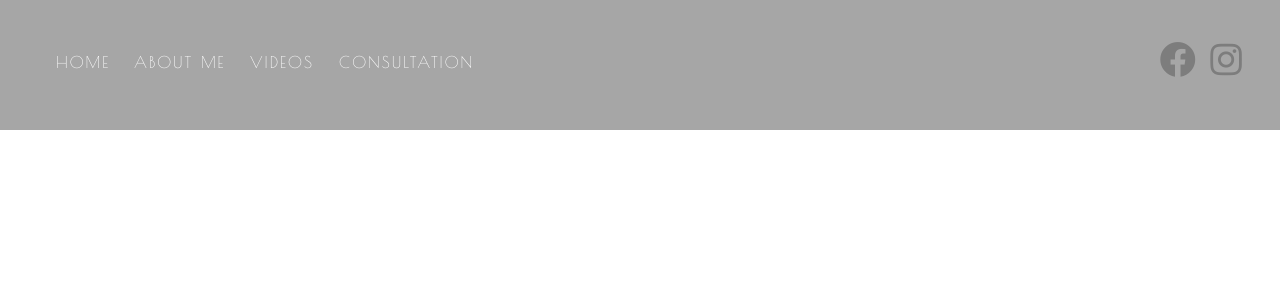
Repository: Aleksandre19/cv-ucmp
Page: index.html
The author's editor kept a record of every edit. The page is drawn from the files as they stood at one moment, then again after the next edit.
The browser window is 1280 px wide. The pictures show the whole page.
Some web libraries are served in a nearby version.

Above is the page before.

After the next edit:
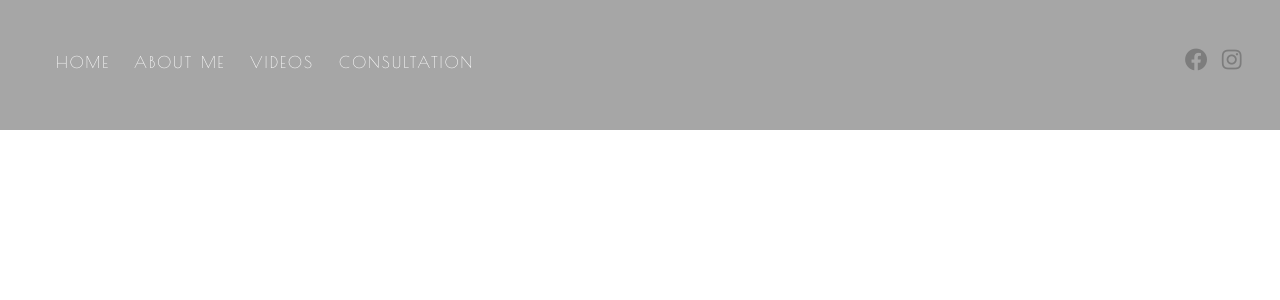
The edit:
--- a/assets/css/style.css
+++ b/assets/css/style.css
@@ -84,7 +84,7 @@
 
 .social-links a{
     text-decoration: none;
-    font-size: 2.25em;
+    font-size: 1.414em;
     color: rgba(0,0,0, .25);
     margin: 0px 5px;
     transition: color 0.35s ease-in-out;
